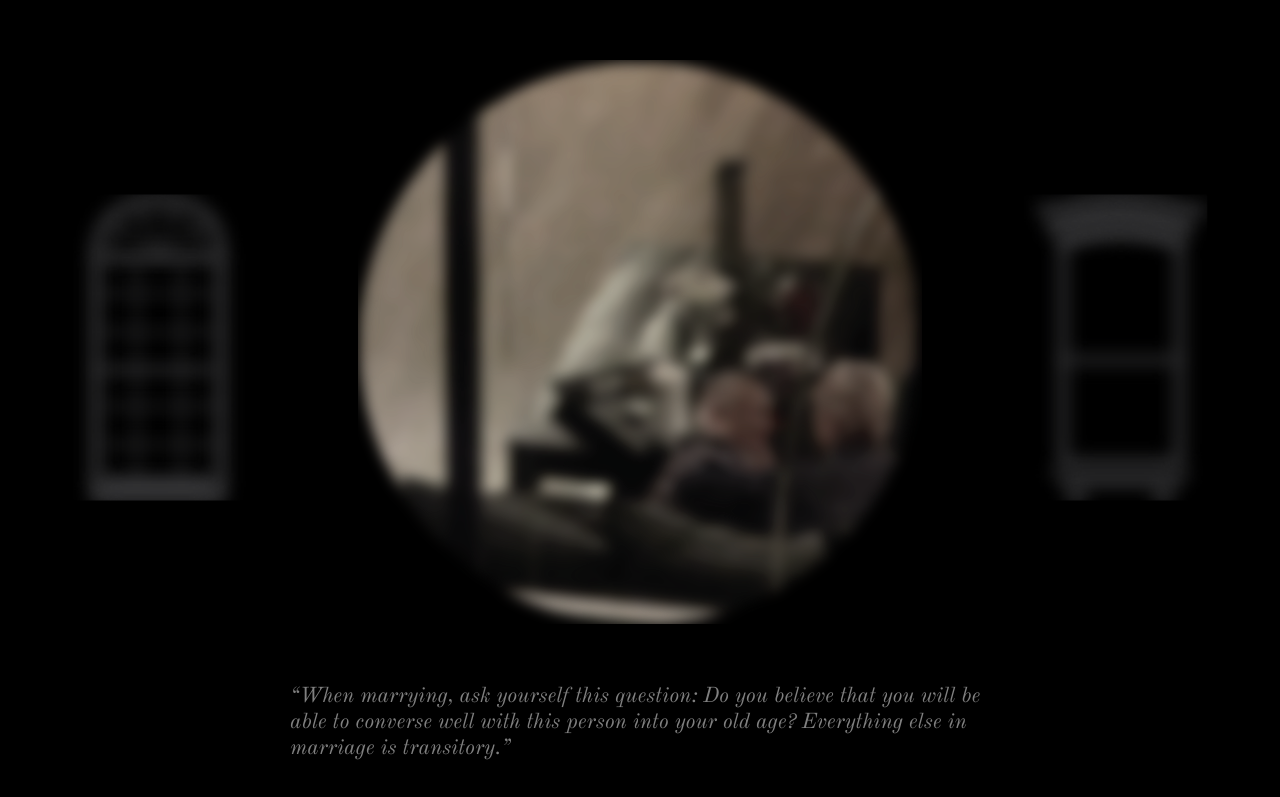
Repository: ConnyPinto/connypinto.github.io
Page: studio/space/final-space/room9.html
The author's editor kept a record of every edit. The page is drawn from the files as they stood at one moment, then again after the next edit.
The browser window is 1280 px wide. The pictures show the whole page.
Some web libraries are served in a nearby version.

Above is the page before.

After the next edit:
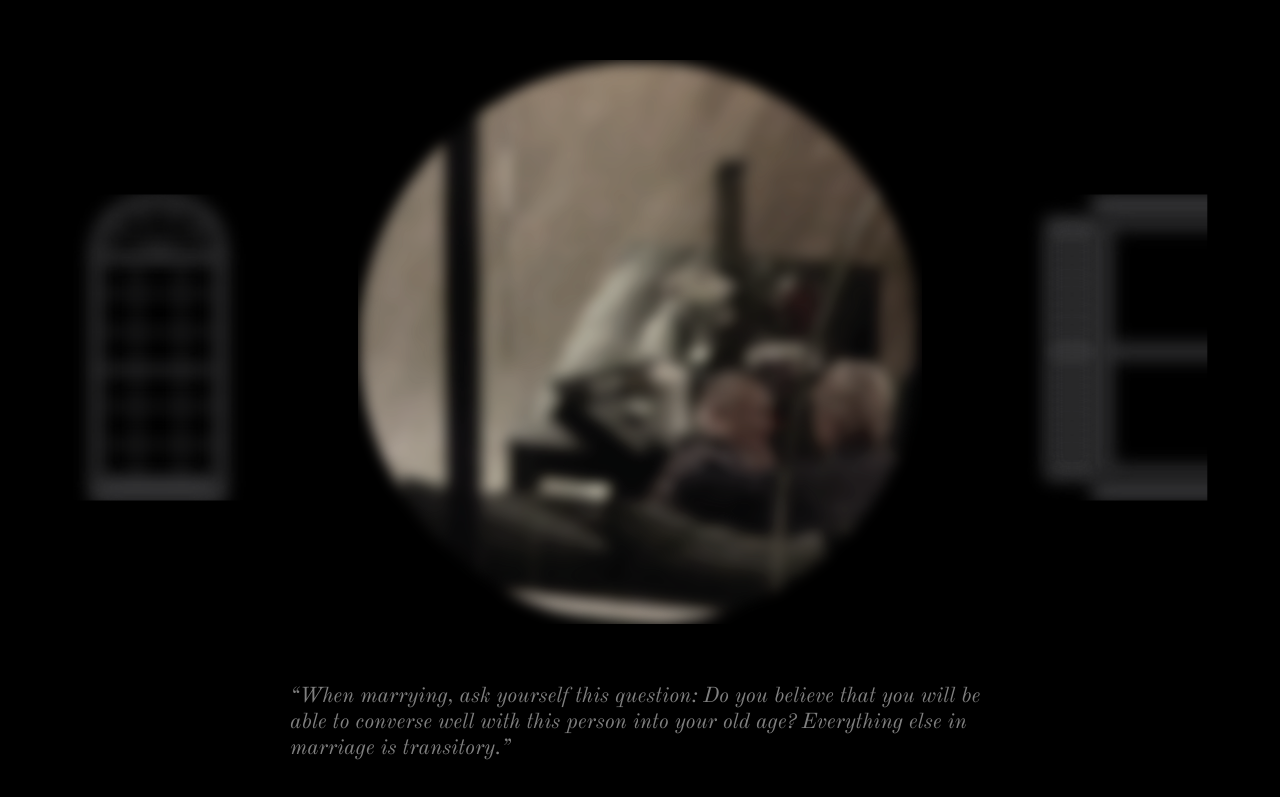
The edit:
--- a/studio/space/final-space/room9.html
+++ b/studio/space/final-space/room9.html
@@ -10,8 +10,8 @@
 
 <body>
 
-        <a href="room7.html" class="right-window"
-        style="background-image: url(images/grey-blur-07.png);
+        <a href="room10.html" class="right-window"
+        style="background-image: url(images/grey-blur-10.png);
     background-repeat: no-repeat;
     transform: scale(1.2);
     width: 153px;
